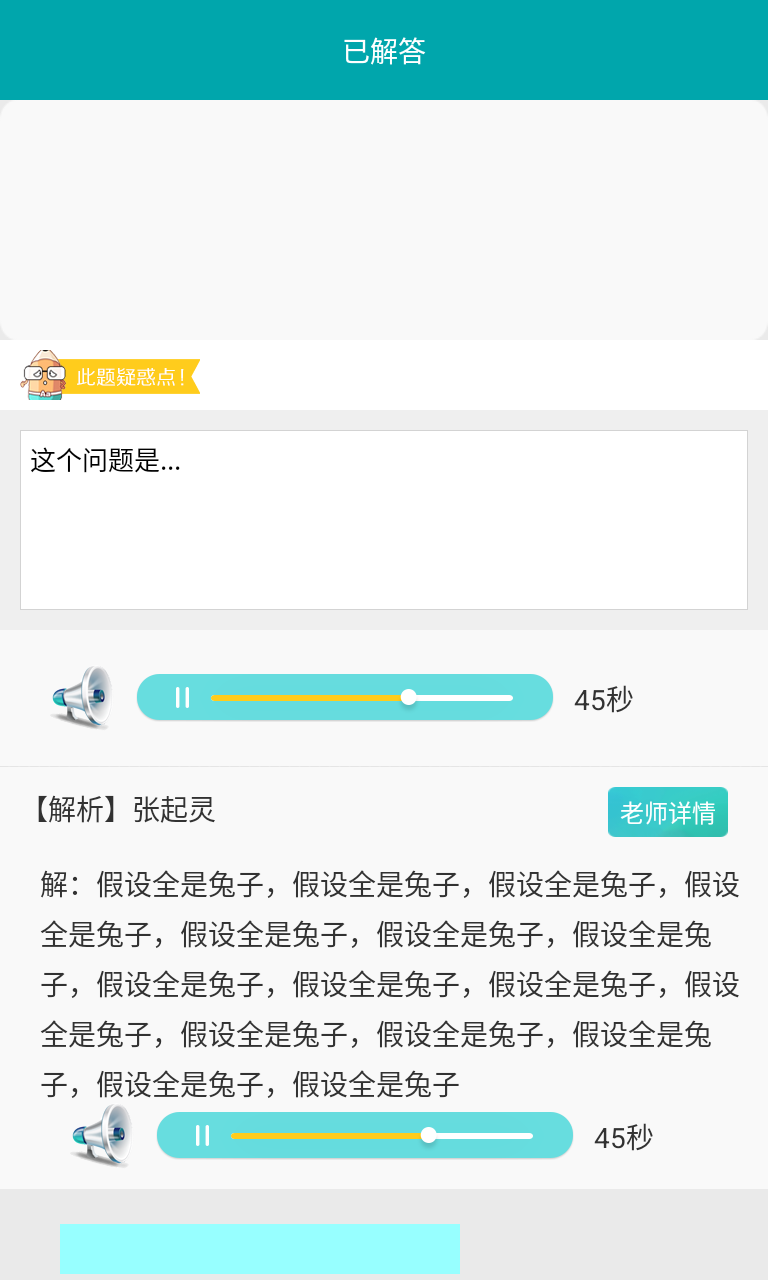
Repository: 2015-Forever/JWD
Layout: Jwd/res/layout/activity_answer.xml
These files come from the project's save history. The layout is drawn as it stood at one moment and after the next save; the edit follows.
It is drawn on a 768 x 1280 px phone screen (xhdpi) without system bars, with theme AppTheme; the app's code is not run. Lists and similar views that code fills are empty.

Above is the layout before, as saved 2015-07-16 06:42:08.

After the next save:
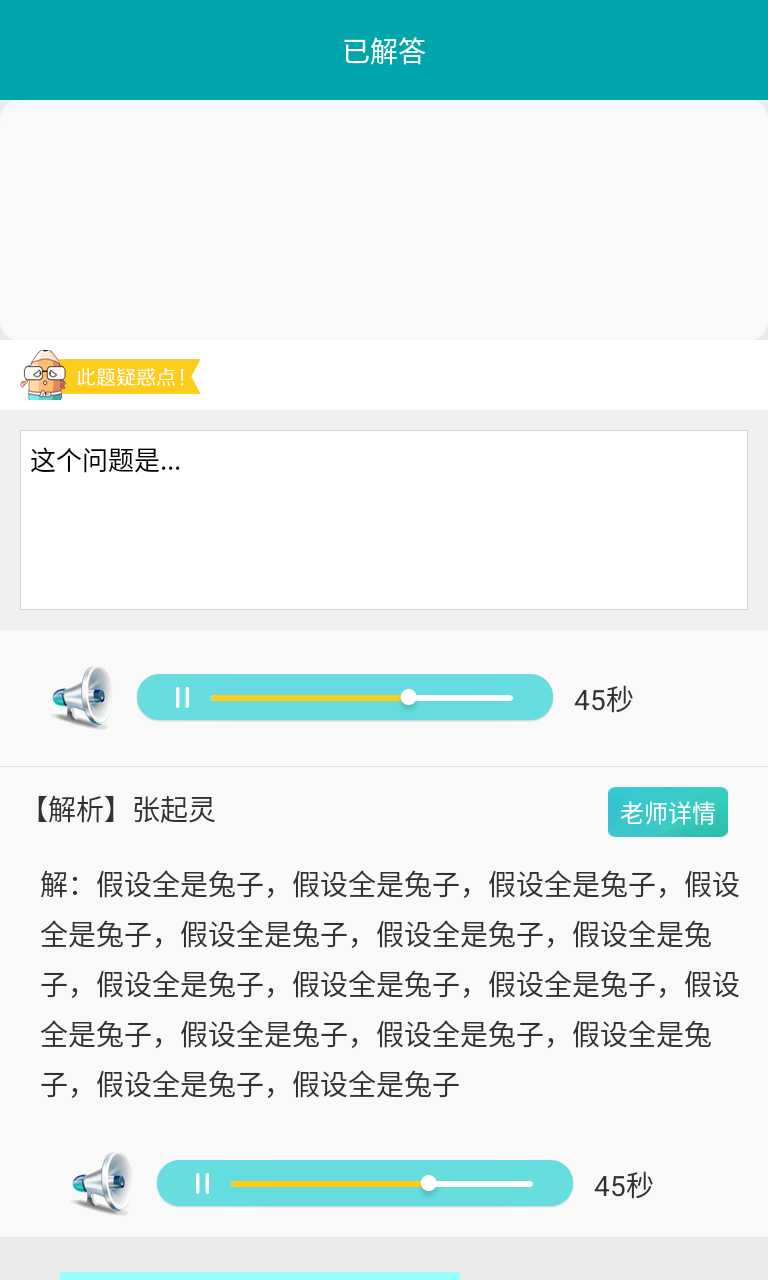
Saved 23 s later.
--- a/Jwd/res/layout/activity_answer.xml
+++ b/Jwd/res/layout/activity_answer.xml
@@ -133,6 +133,7 @@
                 android:layout_width="match_parent"
                 android:layout_height="wrap_content"
                 android:background="#F9F9F9"
+                android:paddingTop="24dp"
                 android:gravity="center_vertical"
                 android:orientation="horizontal" >
 
